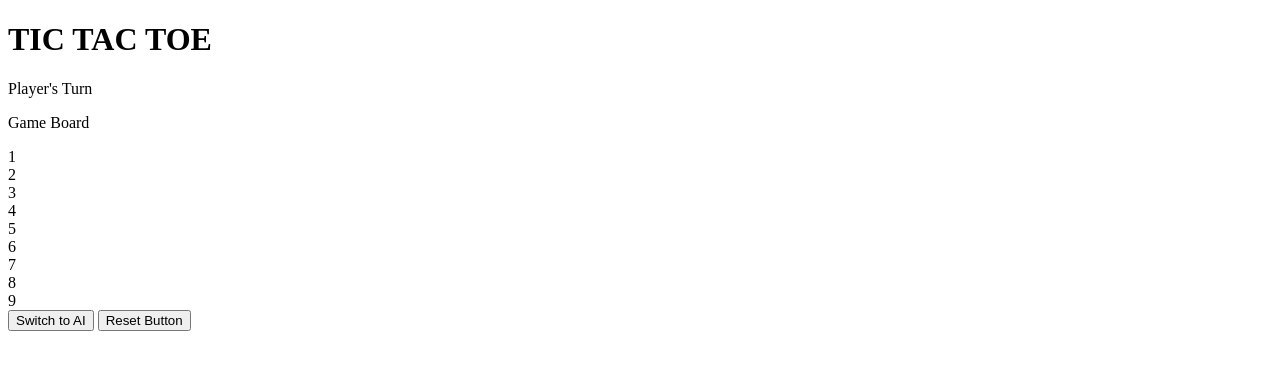
Repository: Yash19075/TicTacToe-game
Page: TicTacToe.html
The author's editor kept a copy of each file at every save. The page is drawn from the files as they stood at one save, then again after the next save.
The browser window is 1280 px wide. The pictures show the whole page.

Above is the page before, as saved 2025-03-08 21:56:10.

### TicTacToe.html
<!DOCTYPE html>
<html lang="en">
<head>
    <meta charset="UTF-8">
    <meta name="viewport" content="width=device-width, initial-scale=1.0">
    <title>TicTacToe</title>
</head>
<body>
    <h1>TIC TAC TOE</h1>

    <p>Player's Turn</p>

    <p>Game Board</p>
    <div class="css-board">
        <div class="css-cell">1</div>
        <div class="css-cell">2</div>
        <div class="css-cell">3</div>
        <div class="css-cell"></div>4</div>
        <div class="css-cell"></div>5</div>
        <div class="css-cell"></div>6</div>
        <div class="css-cell"></div>7</div>
        <div class="css-cell"></div>8</div>
        <div class="css-cell"></div>9</div>
    </div>
    <br>
    <button>Switch to AI</button>
    <button>Reset Button</button>
</body>
</html>

After the next save:
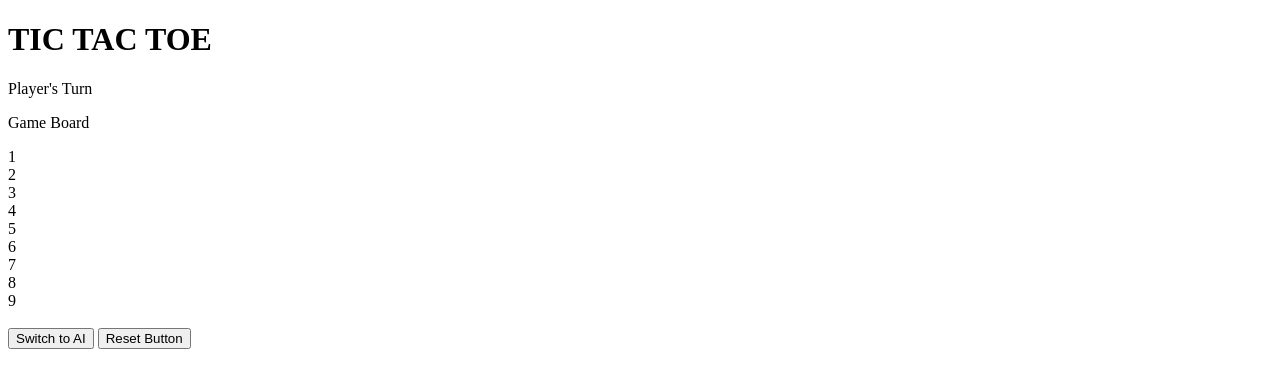
Saved 16 s later.
--- a/TicTacToe.html
+++ b/TicTacToe.html
@@ -15,12 +15,12 @@
         <div class="css-cell">1</div>
         <div class="css-cell">2</div>
         <div class="css-cell">3</div>
-        <div class="css-cell"></div>4</div>
-        <div class="css-cell"></div>5</div>
-        <div class="css-cell"></div>6</div>
-        <div class="css-cell"></div>7</div>
-        <div class="css-cell"></div>8</div>
-        <div class="css-cell"></div>9</div>
+        <div class="css-cell">4</div>
+        <div class="css-cell">5</div>
+        <div class="css-cell">6</div>
+        <div class="css-cell">7</div>
+        <div class="css-cell">8</div>
+        <div class="css-cell">9</div>
     </div>
     <br>
     <button>Switch to AI</button>
